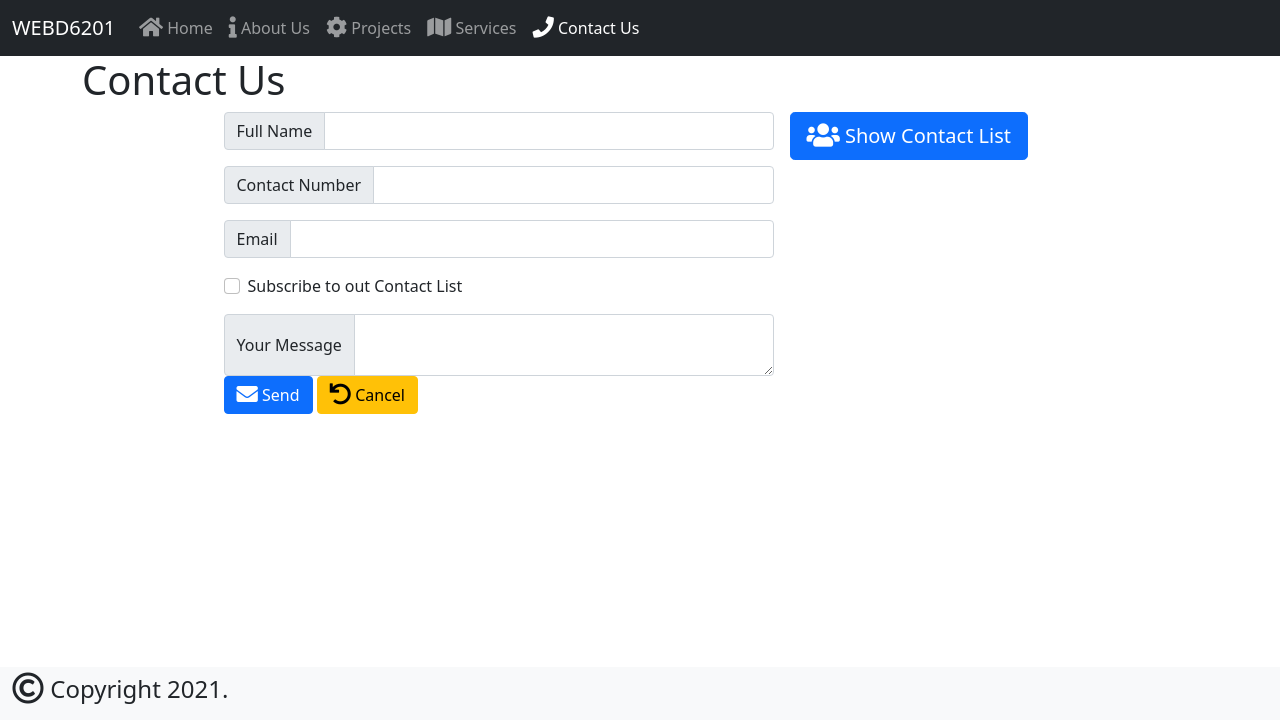
Repository: aphim/webd6201ICE6
Page: contact.html
These files come from the project's save history. The page is drawn as it stood at one moment and after the next save; the edit follows.
The browser window is 1280 px wide. The pictures show the whole page.

Above is the page before, as saved 2021-02-10 10:04:49.

### contact.html
<!DOCTYPE html>
<html lang="en">
<head>
    <meta charset="UTF-8">
    <meta name="viewport" content="width=device-width, initial-scale=1.0">
    <title>Contact</title>
    <!-- CSS Section -->
    <link rel="stylesheet" href="./node_modules/bootstrap/dist/css/bootstrap.min.css">
    <link rel="stylesheet" href="./node_modules/@fortawesome/fontawesome-free/css/all.min.css">
    <link rel="stylesheet" href="./Content/app.css">
</head>
<body>
    <!-- Main Header -->
    <header>
        <!-- Main Navigation -->
        <nav class="navbar navbar-expand-lg navbar-dark bg-dark">
            <div class="container-fluid">
              <a class="navbar-brand" href="index.html">WEBD6201</a>
              <button class="navbar-toggler" type="button" data-bs-toggle="collapse" data-bs-target="#navbarSupportedContent" aria-controls="navbarSupportedContent" aria-expanded="false" aria-label="Toggle navigation">
                <span class="navbar-toggler-icon"></span>
              </button>
              <div class="collapse navbar-collapse" id="navbarSupportedContent">
                <ul class="navbar-nav me-auto mb-2 mb-lg-0">
                  <li class="nav-item">
                    <a class="nav-link" aria-current="page" href="index.html"><i class="fas fa-home fa-lg"></i> Home</a>
                  </li>

                  <li class="nav-item">
                    <a class="nav-link" aria-current="page" href="about.html"><i class="fas fa-info fa-lg"></i> About Us</a>
                  </li>

                  <li class="nav-item">
                    <a class="nav-link" aria-current="page" href="projects.html"><i class="fas fa-cog fa-lg"></i> Projects</a>
                  </li>

                  <li class="nav-item">
                    <a class="nav-link" aria-current="page" href="services.html"><i class="fas fa-map fa-lg"></i> Services</a>
                  </li>

                  <li class="nav-item">
                    <a class="nav-link active" aria-current="page" href="contact.html"><i class="fas fa-phone fa-lg"></i> Contact Us</a>
                  </li>
                </ul>
              </div>
            </div>
          </nav>
    </header>

    <!-- Main Content -->
    <main class="container">
        <h1>Contact Us</h1>
        <div id="messageArea"></div>

        <div class="row justify-content-lg-center g-3">
          <form class="col-lg-6 col-md-10 col-sm-10">

            <div class="input-group mb-3">
              <span class="input-group-text" id="inputGroup-sizing-default">Full Name </span>
              <input id="fullName" type="text" class="form-control" aria-label="Full Name" aria-describedby="Full Name Input"
              name="fullName" required>
            </div>

            <div class="input-group mb-3">
              <span class="input-group-text" id="inputGroup-sizing-default">Contact Number</span>
              <input id="contactNumber" type="tel" class="form-control" aria-label="Contact Number" aria-describedby="Contact Number Input"
              name="contactNumber" required>
            </div>

            <div class="input-group mb-3">
              <span class="input-group-text" id="inputGroup-sizing-default">Email</span>
              <input id="emailAddress" type="email" class="form-control" aria-label="Email Address" aria-describedby="Email Address Input"
              name="emailAddress" required>
            </div>

            <div class="form-check mb-3">
              <input class="form-check-input" type="checkbox" value="" id="subscribeCheckbox" name="subscribeCheckbox">
              <label class="form-check-label" for="subscribeCheckbox">Subscribe to out Contact List</label>
            </div>

            <div class="input-group">
              <span class="input-group-text">Your Message</span>
              <textarea id="message" class="form-control" aria-label="With textarea"></textarea>
            </div>

            <button id="sendButton" type="submit" class="btn btn-primary"><i class="fas fa-envelope fa-lg"></i> Send</button>
            <button id="cancelButton" type="reset" class="btn btn-warning"><i class="fas fa-undo fa-lg"></i> Cancel</button>
          </form>

          <div class="col-lg-3 col-md-3">
            <a href="contact-list.html" class="btn btn-primary btn-lg"><i class="fas fa-users fa-lg"></i> Show Contact List</a>
          </div>
        </div>


    </main>

    <!-- Main Footer -->
    <footer>
        <nav class="navbar fixed-bottom navbar-light bg-light">
            <div class="container-fluid">
              <h4><i class="far fa-copyright fa-lg"></i> Copyright 2021.</h4>
            </div>
          </nav>
    </footer>

    <!-- Script Section-->
    <script src="./node_modules/jquery/dist/jquery.min.js"></script>
    <script src="./node_modules/bootstrap/dist/js/bootstrap.bundle.min.js"></script>
    <script src="./Scripts/namespace.js"></script>
    <script src="./Scripts/contact.js"></script>
    <script src="./Scripts/app.js"></script>
</body>
</html>

### Scripts/namespace.js

//namespace core
let core;

### Scripts/contact.js
"use strict";
// Contact Class

((core)=>{
  class Contact {
    // getters and setters
    get FullName()
    {
      return this.m_fullName;
    }

    set FullName(value)
    {
      this.m_fullName = value;
    }

    get ContactNumber()
    {
      return this.m_contactNumber;
    }

    set ContactNumber(value)
    {
      this.m_contactNumber = value;
    }

    get EmailAddress()
    {
      return this.m_emailAddress;
    }

    set EmailAddress(value)
    {
      this.m_emailAddress = value;
    }

    // constructor

    /**
     * @param {string} fullName
     * @param {string} contactNumber
     * @param {string} emailAddress
     */
    constructor(fullName = "", contactNumber = "", emailAddress = "")
    {
      this.FullName = fullName;
      this.ContactNumber = contactNumber;
      this.EmailAddress = emailAddress;
    }

    // methods

    /**
     * This method overrides the built-in toString method for the Contact class
     *
     * @returns {string}
     */
    toString()
    {
      return `Full Name     : ${this.FullName} \nContact Number: ${this.ContactNumber}\nEmail Address : ${this.EmailAddress}`;
    }

    /**
     * This method returns a JSON object made up of the properties of the Contact class
     *
     * @returns {Object}
     */
    toJSON()
    {
      return {
        "fullName": this.FullName,
        "contactNumber": this.ContactNumber,
        "emailAddress": this.EmailAddress
      }
    }

    /**
     * This method converts the Contact into a comma-separated value string
     *
     * @returns {string}
     */
    serialize()
    {
      if(this.FullName !== "" && this.ContactNumber !== "" && this.EmailAddress !== "")
      {
        return `${this.FullName},${this.ContactNumber},${this.EmailAddress}`;
      }
      else
      {
        console.error("One or more properties of the Contact is empty");
        return null;
      }
    }

    /**
     * This method takes a comma-separated data string and assigns the values to the Contact class properties
     *
     * @param {string} data
     * @return {void}
     */
    deserialize(data)
    {
      let propertyArray = data.split(",");
      this.FullName = propertyArray[0];
      this.ContactNumber = propertyArray[1];
      this.EmailAddress = propertyArray[2];
    }
  }

core.Contact = Contact;

})(core || (core={}));

### Scripts/app.js
/* custom JavaScript goes here */

//IIFE - Immediately Invoked Function Expression
//AKA - Anonymous Self-Executing Function
//Closure - limits scope leak

"use strict";


((core) =>
{
    function displayHome()
    {

      $("button").on("mouseover", () =>
      {
        console.log("mouseover button - jquery");
      });

      let myButton = document.querySelectorAll("button")[0];
       myButton.addEventListener("click", function()
      {
        console.log("clicked button - js");
      });

      console.log(myButton);


        let paragraphOneText =
          "This is a simple site to demonstrate DOM Manipulation for ICE 1";

        let paragraphOneElement = document.getElementById("paragraphOne");

        paragraphOneElement.textContent = paragraphOneText;
        paragraphOneElement.className = "fs-5";

        // Step 1. document.createElement
        let newParagraph = document.createElement("p");
        // Step 2. configure the element
        newParagraph.setAttribute("id", "paragraphTwo");
        newParagraph.textContent = "...And this is paragraph two";
        // Step 3. select the parent element
        let mainContent = document.getElementsByTagName("main")[0];
        // Step 4. Add / Insert the element
        mainContent.appendChild(newParagraph);

        newParagraph.className = "fs-6";

        // another way of injecting content
        let paragraphDiv = document.createElement("div");
        let paragraphThree = `<p id="paragraphThree" class="fs-7 fw-bold">And this is the Third Paragraph</p>`;
        paragraphDiv.innerHTML = paragraphThree;

        // insertions

        // example of inserting before a node
        //newParagraph.before(paragraphDiv);

        // example of inserting after a node
        newParagraph.after(paragraphDiv);

        // deletions

        // example of removing a single element
        //paragraphOneElement.remove();

        // example of removeChild
        mainContent.removeChild(paragraphOneElement);

        // update / modification
        //mainContent.firstElementChild.textContent = "Welcome Home!";

        mainContent.innerHTML = `<h1 id="firstHeading">Welcome to WEBD6201 - Lab 1</h1>
         <p id="paragraphOne" class="fs-3 fw-bold">This is my first Paragraph</p>
        `;

    }

    function displayAbout()
    {

    }

    function displayProjects()
    {

    }

    function displayServices()
    {

    }

    function displayContact()
    {
      let messageArea = $("#messageArea").hide();

      $("#fullName").on("blur", function()
      {
          if($(this).val().length < 2)
          {
            $(this).trigger("focus").trigger("select");
            messageArea.show().addClass("alert alert-danger").text("Please enter an appropriate Name");

          }
          else
          {
            messageArea.removeAttr("class").hide();

          }
        });


        $("#sendButton").on("click", (event)=>
        {
          if ($("#subscribeCheckbox")[0].checked)
          {
            let contact = new core.Contact(fullName.value, contactNumber.value, emailAddress.value);

            if(contact.serialize())
            {
              localStorage.setItem(key, contact.serialize());
            }
          }


        });

    }

    function displayContactList()
    {
      if (localStorage.length > 0)
      {
        let contactList = document.getElementById("contactList");

        let data = "";

        let keys = Object.keys(localStorage);

        let index = 1;

        for (const key of keys)
        {
          let contactData = localStorage.getItem(key);

          let contact = new core.Contact();
          contact.deserialize(contactData);

          data += `<tr>
          <th scope="row">${index}</th>
          <td>${contact.FullName}</td>
          <td>${contact.ContactNumber}</td>
          <td>${contact.EmailAddress}</td>
          <td class="text-center"><button value="${key}" class="btn btn-primary btn-sm edit"><i class="fas fa-edit fa-sm"></i> Edit</button></td>
          <td class="text-center"><button value="${key}" class="btn btn-danger btn-sm delete"><i class="fas fa-trash-alt fa-sm"></i> Delete</button></td>
        </tr>`;

        index++;
        }


        contactList.innerHTML = data;

        $("button.edit").on("click", function(){
          location.href = "edit.html#" +$(this).val();
         });

         $("button.delete").on("click", function(){
           if(confirm("Are you sure?"))
           {
            localStorage.removeItem($(this).val());
           }
           location.href = "contact-list.html"; // refresh the page
         });

         $("#addButton").on("click", function()
         {
         location.href = "edit.html";
        });

      }
    }

    function displayEdit()
    {
      let key = location.hash.substring(1);

      let contact = new core.Contact();

      if(key != "")
      {
        contact.deserialize(localStorage.getItem(key));

        $("#fullName").val(contact.FullName);
        $("#contactNumber").val(contact.ContactNumber);
        $("#emailAddress").val(contact.EmailAddress);
      }
      else
      {
        //modify page for add button instead of edit
        $("main>h1").text("Add Contact");
        //modify edit button
        $("#editButton").html(`<i class="fas fa-plus-circle fa-lg"></i>Add`);
      }

      $("editButton").on("click", function()
      {
        if(key == "")
        {
          key = contact.FullName.substring(0, 1) + Date.now();
        }

        contact.FullName = $("#fullName").val();
        contact.ContactNumber = $("#contactNumber").val();
        contact.EmailAddress = $("#emailAddress").val();

        localStorage.setItem(key, contact.serialize());
        location.href = "contact-list.html";

      });

      $("#cancelButton").on("click", function()
      {
        location.href = "contact-list.html";
      });
    }



    function Start()
    {
        console.log("App Started...");

        switch (document.title)
        {
          case "Home":
              displayHome();
            break;
          case "About":
              displayAbout();
            break;
          case "Projects":
              displayProjects();
            break;
          case "Services":
              displayServices();
            break;
          case "Contact":
              displayContact();
            break;
          case "Contact-List":
            displayContactList();
          break;
          case "Edit":
            displayEdit();
        break;
        }

    }

    window.addEventListener("load", Start);

    core.Start = Start;

}) (core || (core={}));

Loaded but not shown: node_modules/bootstrap/dist/css/bootstrap.min.css (library); node_modules/@fortawesome/fontawesome-free/css/all.min.css (library); Content/app.css (common file); node_modules/jquery/dist/jquery.min.js (library); node_modules/bootstrap/dist/js/bootstrap.bundle.min.js (library)

After the next save:
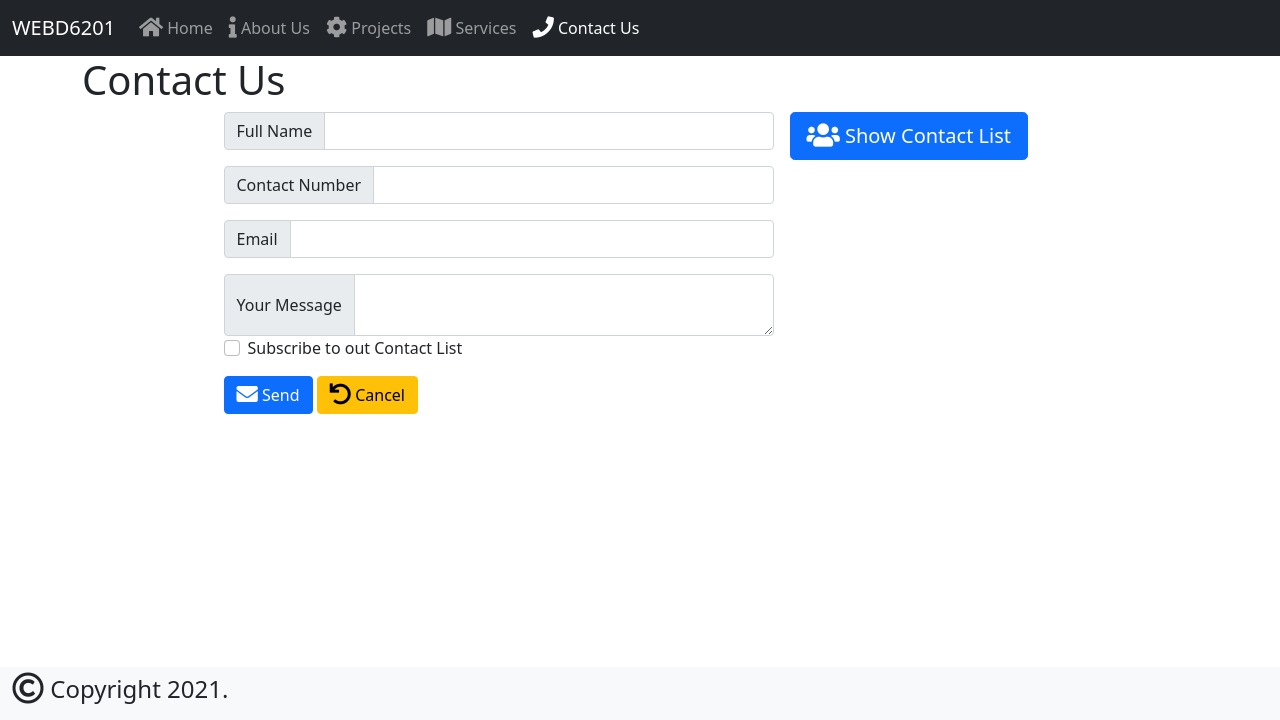
Saved 37 s later.
--- a/contact.html
+++ b/contact.html
@@ -72,14 +72,14 @@
               name="emailAddress" required>
             </div>
 
+            <div class="input-group">
+              <span class="input-group-text">Your Message</span>
+              <textarea id="message" class="form-control" aria-label="With textarea"></textarea>
+            </div>
+
             <div class="form-check mb-3">
               <input class="form-check-input" type="checkbox" value="" id="subscribeCheckbox" name="subscribeCheckbox">
               <label class="form-check-label" for="subscribeCheckbox">Subscribe to out Contact List</label>
-            </div>
-
-            <div class="input-group">
-              <span class="input-group-text">Your Message</span>
-              <textarea id="message" class="form-control" aria-label="With textarea"></textarea>
             </div>
 
             <button id="sendButton" type="submit" class="btn btn-primary"><i class="fas fa-envelope fa-lg"></i> Send</button>
